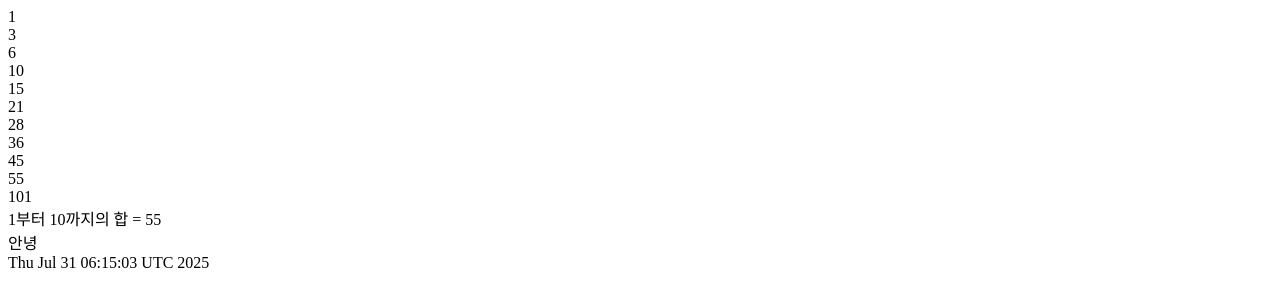
Repository: kdh2212/KDT_code
Page: http://localhost/20250801Web/test1.jsp
These files come from the project's save history. The page is drawn as it stood at one moment and after the next save; the edit follows.
The browser window is 1280 px wide. The pictures show the whole page.
The page is served by Tomcat 9.

Above is the page before, as saved 2025-08-01 01:27:56.

### 20250801Web/src/main/webapp/test1.jsp
<%@page import="java.util.Date"%>
<%@ page language="java" contentType="text/html; charset=UTF-8"
    pageEncoding="UTF-8"%>

<!DOCTYPE html>
<html>
<head>
<meta charset="UTF-8">
<title>Insert title here</title>
</head>
<body>
<%
String str = "안녕";
Date now = new Date();
int sum = 0;
for(int i=1; i<=10; i++){
	sum +=i;
	%>
	<%=sum %><br/>
<%
}
%>

<%=1+100 %> <br>
1부터 10까지의 합 = <%=sum %><br>
<%=str %><br>
<%=now %><br>
</body>
</html>

After the next save:
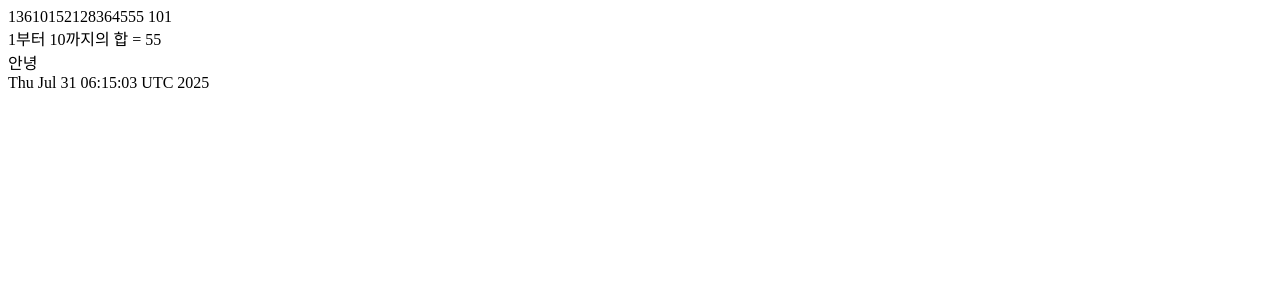
Saved 91 s later.
--- a/20250801Web/src/main/webapp/test1.jsp
+++ b/20250801Web/src/main/webapp/test1.jsp
@@ -15,9 +15,7 @@ Date now = new Date();
 int sum = 0;
 for(int i=1; i<=10; i++){
 	sum +=i;
-	%>
-	<%=sum %><br/>
-<%
+	out.print(sum);
 }
 %>
 
